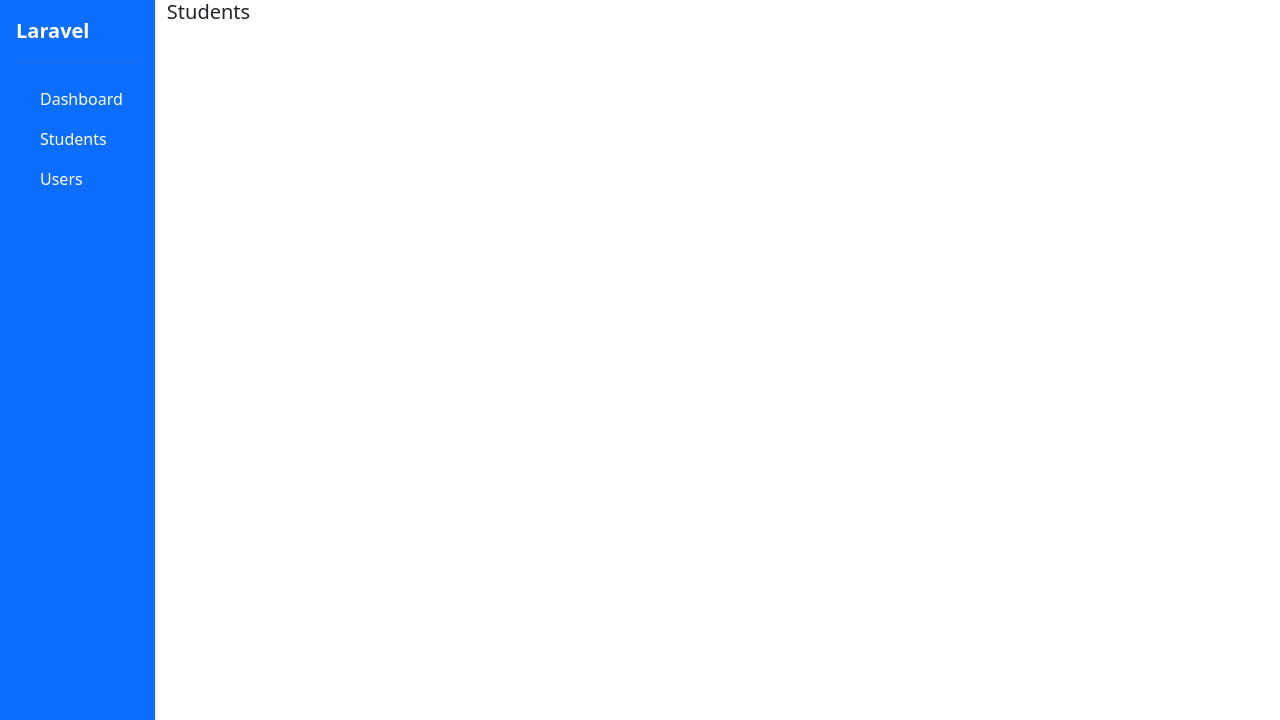
Repository: jaevoy2/lara_demo
Page: http://localhost/home
An editor plug-in stored every save of this project. The page is shown before and after a run of saves, followed by the edit.
The browser window is 1280 px wide. The pictures show the whole page.
The page is served by the project's Laravel application, run on PHP 8.4 with Laravel 12.

Above is the page before, as saved 2026-07-08 12:06:24.

After the next 3 saves:
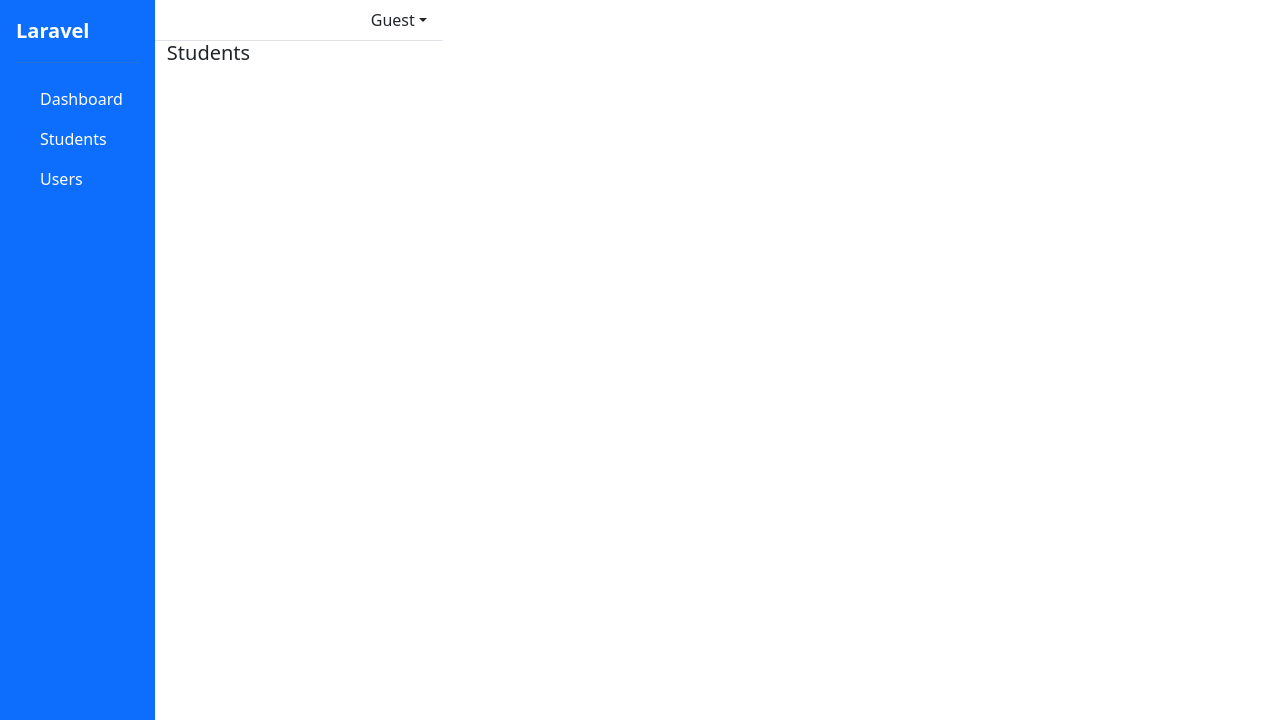
The 3 saves are shown as one change because 2 did not build or start.
The last was saved 57 s later.
--- a/resources/views/_layout/_head.blade.php
+++ b/resources/views/_layout/_head.blade.php
@@ -11,7 +11,10 @@
     <div class="d-flex vh-100">
         @include('_layout._sidebar')
 
-        @yield('content')
+        <div>
+            @include('_layout._navbar')
+            @yield('content')
+        </div>
     </div>
 
     <script src="https://cdn.jsdelivr.net/npm/bootstrap@5.3.8/dist/js/bootstrap.bundle.min.js" integrity="sha384-FKyoEForCGlyvwx9Hj09JcYn3nv7wiPVlz7YYwJrWVcXK/BmnVDxM+D2scQbITxI" crossorigin="anonymous"></script>
--- a/resources/views/_layout/_navbar.blade.php
+++ b/resources/views/_layout/_navbar.blade.php
@@ -22,10 +22,10 @@
         </a>
 
         <ul class="dropdown-menu dropdown-menu-end">
-            <li><a class="dropdown-item" href="{{ route('settings.profile') }}">Profile</a></li>
+            <li><a class="dropdown-item" href="">Profile</a></li>
             <li><hr class="dropdown-divider"></li>
             <li>
-                <form method="POST" action="{{ route('logout') }}">
+                <form method="POST" action="">
                     @csrf
                     <button type="submit" class="dropdown-item">Logout</button>
                 </form>
